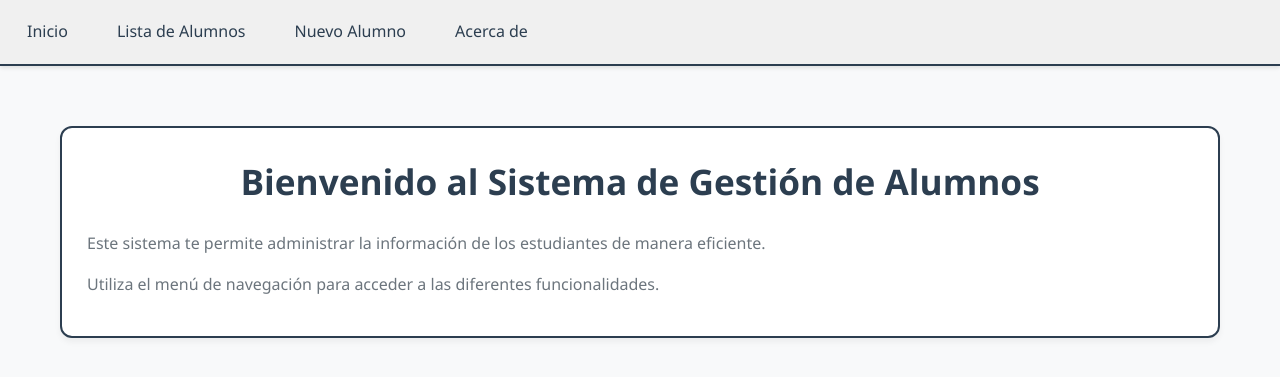
Repository: EduardTr48/pv_tp5_grupo4
Page: /
The author's editor kept a copy of each file at every save. The page is drawn from the files as they stood at one save, then again after the next save.
The browser window is 1280 px wide. The pictures show the whole page.
The project was rebuilt for these pictures with package versions that can differ from the ones it lists, and the page was loaded fresh each time. Also part of the build but not shown: vite.config.js.

Above is the page before, as saved 2025-06-05 23:14:02.

### src/index.css
:root {
  font-family: 'Segoe UI', Tahoma, Geneva, Verdana, sans-serif;
  line-height: 1.6;
  font-weight: 400;

  /* Colores pasteles */
  --color-primary: #f8f9fa;
  --color-secondary: #e8f4f8;
  --color-accent: #d1ecf1;
  --color-border: #2c3e50;
  --color-text: #2c3e50;
  --color-text-light: #6c757d;
}

* {
  margin: 0;
  padding: 0;
  box-sizing: border-box;
}

body {
  background-color: var(--color-primary);
  color: var(--color-text);
  font-size: 16px;
  min-height: 100vh;
}

#root {
  min-height: 100vh;
}

/* Contenedores principales */
.container {
  max-width: 1200px;
  margin: 0 auto;
  padding: 20px;
}

/* Navegación */
nav {
  background-color: var(--color-secondary);
  border-bottom: 2px solid var(--color-border);
  padding: 15px 20px;
  box-shadow: 0 2px 4px rgba(0,0,0,0.1);
}

nav a {
  color: var(--color-text);
  text-decoration: none;
  padding: 8px 16px;
  border-radius: 6px;
  border: 1px solid transparent;
  transition: all 0.3s ease;
  font-weight: 500;
}

nav a:hover {
  background-color: var(--color-accent);
  border-color: var(--color-border);
}

/* Títulos */
h1 {
  color: var(--color-text);
  font-size: 2.2em;
  margin-bottom: 20px;
  text-align: center;
  font-weight: 600;
}

h2 {
  color: var(--color-text);
  font-size: 1.8em;
  margin-bottom: 15px;
  border-bottom: 2px solid var(--color-accent);
  padding-bottom: 8px;
}

h3 {
  color: var(--color-text);
  font-size: 1.4em;
  margin-bottom: 12px;
}

/* Párrafos */
p {
  color: var(--color-text-light);
  margin-bottom: 12px;
  line-height: 1.8;
}

/* Contenedores con bordes */
.card {
  background-color: white;
  border: 2px solid var(--color-border);
  border-radius: 12px;
  padding: 25px;
  margin: 20px 0;
  box-shadow: 0 4px 6px rgba(0,0,0,0.05);
}

/* Botones */
button {
  background-color: var(--color-secondary);
  color: var(--color-text);
  border: 2px solid var(--color-border);
  padding: 10px 20px;
  border-radius: 8px;
  cursor: pointer;
  font-size: 16px;
  font-weight: 500;
  transition: all 0.3s ease;
}

button:hover {
  background-color: var(--color-accent);
  transform: translateY(-1px);
}

/* Inputs */
input, select, textarea {
  border: 2px solid var(--color-border);
  border-radius: 6px;
  padding: 10px;
  font-size: 16px;
  background-color: white;
  color: var(--color-text);
  transition: border-color 0.3s ease;
}

input:focus, select:focus, textarea:focus {
  outline: none;
  border-color: var(--color-accent);
  box-shadow: 0 0 0 3px rgba(209, 236, 241, 0.3);
}

/* Enlaces */
a {
  color: var(--color-text);
  text-decoration: none;
}

a:hover {
  color: var(--color-text-light);
}

### src/App.jsx
import { useState } from 'react'
import { BrowserRouter as Router, Routes, Route } from 'react-router-dom';
import NavBar from './components/NavBar.jsx';

const App = () => {
  const [count, setCount] = useState(0)

  const HomePage = () => (
    <div className="container">
      <div className="card">
        <h1>Bienvenido al Sistema de Gestión de Alumnos</h1>
        <p>Este sistema te permite administrar la información de los estudiantes de manera eficiente.</p>
        <p>Utiliza el menú de navegación para acceder a las diferentes funcionalidades.</p>
      </div>
    </div>
  );

  return (
    <Router>
      <NavBar />
      <div style={{ padding: '20px' }}>
        <Routes>
          <Route path="/" element={<HomePage />} />
          <Route path="/alumnos" element={<div><h2>Lista de Alumnos</h2></div>} />
          <Route path="/alumnos/nuevo" element={<div><h2>Nuevo Alumno</h2></div>} />
          <Route path="/acerca-de" element={<div><h2>Acerca de</h2></div>} />
        </Routes>
      </div>
    </Router>
  );
};

export default App

### src/components/NavBar.jsx
import React from 'react';
import { Link } from 'react-router-dom';

const NavBar = () => {
  return (
    <nav style={{ padding: '10px', backgroundColor: '#f0f0f0', display: 'flex', gap: '15px' }}>
      <Link to="/">Inicio</Link>
      <Link to="/alumnos">Lista de Alumnos</Link>
      <Link to="/alumnos/nuevo">Nuevo Alumno</Link>
      <Link to="/acerca-de">Acerca de</Link>
    </nav>
  );
};

export default NavBar;

Loaded but not shown: index.html (common file); src/main.jsx (common file)

After the next save:
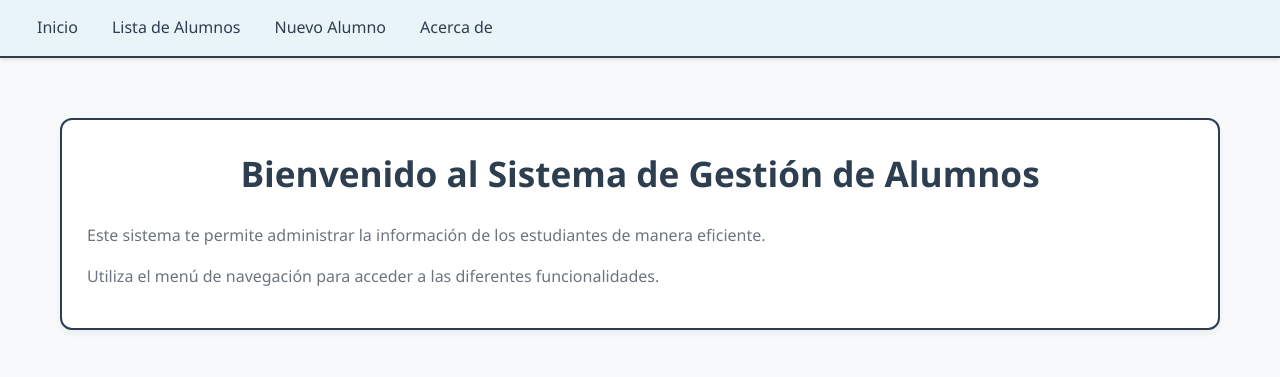
Saved 61 s later.
--- a/src/components/NavBar.jsx
+++ b/src/components/NavBar.jsx
@@ -3,7 +3,7 @@ import { Link } from 'react-router-dom';
 
 const NavBar = () => {
   return (
-    <nav style={{ padding: '10px', backgroundColor: '#f0f0f0', display: 'flex', gap: '15px' }}>
+    <nav>
       <Link to="/">Inicio</Link>
       <Link to="/alumnos">Lista de Alumnos</Link>
       <Link to="/alumnos/nuevo">Nuevo Alumno</Link>
